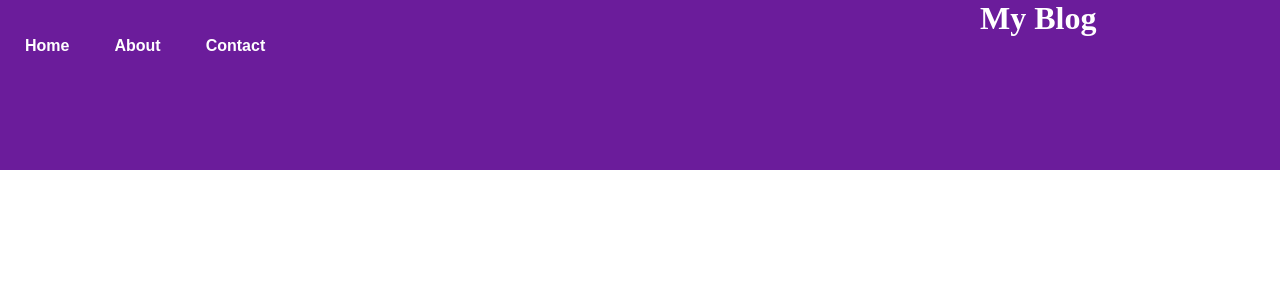
Repository: Femi007-gh/BLOG
Page: index.html
These files come from the project's save history. The page is drawn as it stood at one moment and after the next save; the edit follows.
The browser window is 1280 px wide. The pictures show the whole page.

Above is the page before, as saved 2025-01-08 07:02:32.

### index.html
<html>
  <head>
    <title>BLOG</title>
    <link rel="stylesheet" href="style.css">
  </head>
  <body>
    <header>
      <h1 class="head">My Blog</h1>
      <nav>
        <ul>
          <li><a href="#">Home</a></li>
          <li><a href="#">About</a></li>
          <li><a href="#">Contact</a></li>
        </ul>
      </nav>
    </header>
  </body>
</html>

### style.css
header {
  background-color: 6B1C9B;
  color: white;
  height: 170px;
}
* {
  margin: 0;
  padding: 0;
}

.desc {
  max-width: 1200px;
  margin: o auto;
  display: flex;
  align-items: center;
  justify-content: space-between;
}

header h1 {
  margin-left:980px;
}

nav ul {
  list-style-type: none;
  display:  flex;
}

nav ul li {
  margin-right: 20px;
}

nav ul li a {
  color: white;
  text-decoration: none;
  font-weight: bold;
}

li{
  color: rgb(194, 189, 189);
  margin-left: 25px;
}

li a{
  text-decoration: none;
  color: black;
  font-family: Arial;
}

After the next save:
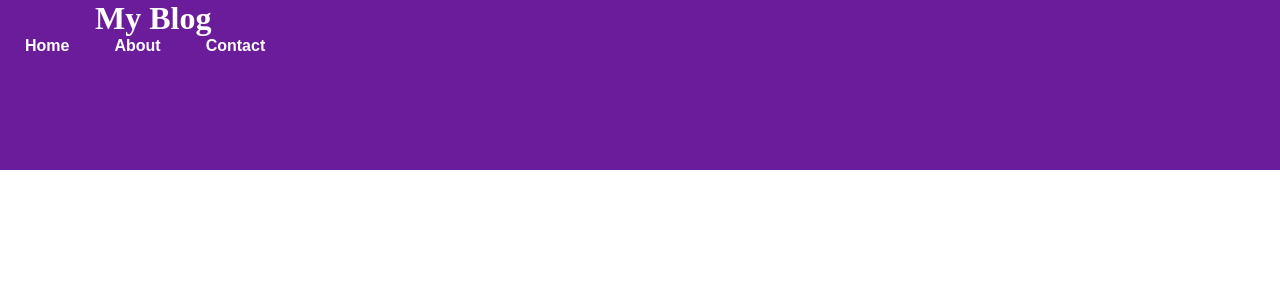
Saved 5 s later.
--- a/style.css
+++ b/style.css
@@ -17,7 +17,7 @@ header {
 }
 
 header h1 {
-  margin-left:980px;
+  margin-left:95px;
 }
 
 nav ul {
